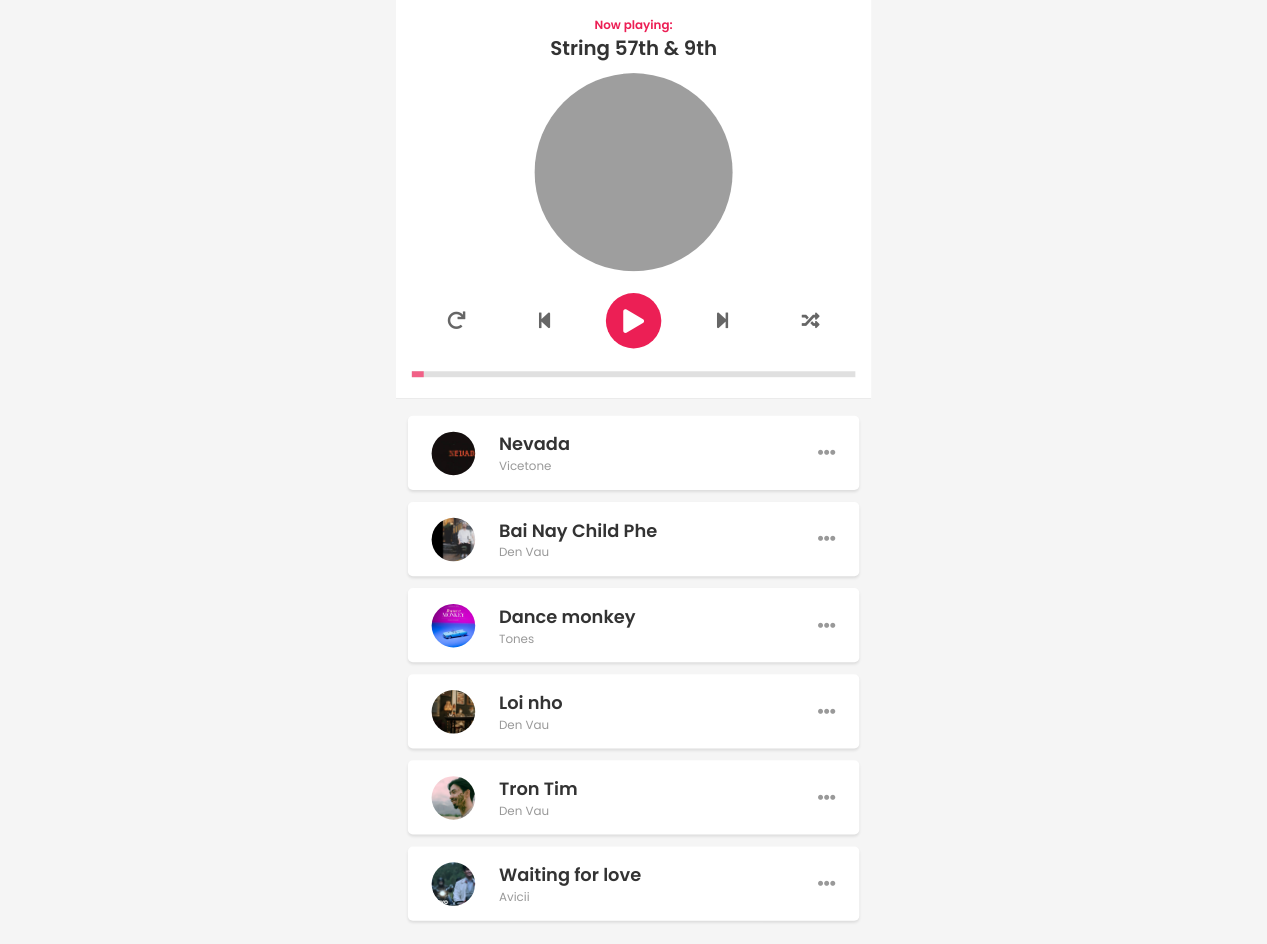
Repository: dovanthao2404/AppMusicPlayer
Page: index.html
The author's editor kept a copy of each file at every save. The page is drawn from the files as they stood at one save, then again after the next save.
The browser window is 1280 px wide. The pictures show the whole page, at 99% of full size.
Pictures or frames that could not be fetched are drawn as grey boxes.

Above is the page before, as saved 2021-06-28 13:31:18.

### index.html
<!DOCTYPE html>
<html lang="en">

<head>
  <meta charset="UTF-8">
  <meta http-equiv="X-UA-Compatible" content="IE=edge">
  <meta name="viewport" content="width=device-width, initial-scale=1.0">
  <title>Music player</title>
  <link rel="stylesheet" href="https://cdnjs.cloudflare.com/ajax/libs/font-awesome/5.15.2/css/all.min.css"
    integrity="sha512-HK5fgLBL+xu6dm/Ii3z4xhlSUyZgTT9tuc/hSrtw6uzJOvgRr2a9jyxxT1ely+B+xFAmJKVSTbpM/CuL7qxO8w=="
    crossorigin="anonymous" />
  <link rel="preconnect" href="https://fonts.gstatic.com">
  <link href="https://fonts.googleapis.com/css2?family=Poppins:wght@300;400;600&display=swap" rel="stylesheet">
  <link rel="stylesheet" href="./css/app.css">
</head>

<body>
  <div class="player">
    <!-- Dashboard -->
    <div class="dashboard">
      <!-- Header -->
      <header>
        <h4>Now playing:</h4>
        <h2>String 57th & 9th</h2>
      </header>

      <!-- CD -->
      <div class="cd">
        <div class="cd-thumb" style="background-image: url('https://i.ytimg.com/vi/jTLhQf5KJSc/maxresdefault.jpg')">
        </div>
      </div>

      <!-- Control -->
      <div class="control">
        <div class="btn btn-repeat">
          <i class="fas fa-redo"></i>
        </div>
        <div class="btn btn-prev">
          <i class="fas fa-step-backward"></i>
        </div>
        <div class="btn btn-toggle-play">
          <i class="fas fa-pause icon-pause"></i>
          <i class="fas fa-play icon-play"></i>
        </div>
        <div class="btn btn-next">
          <i class="fas fa-step-forward"></i>
        </div>
        <div class="btn btn-random">
          <i class="fas fa-random"></i>
        </div>
      </div>

      <input id="progress" class="progress" type="range" value="0" step="1" min="0" max="100">

      <audio id="audio" src=""></audio>
    </div>

    <!-- Playlist -->
    <div class="playlist">

    </div>
  </div>
  <script src="./js/app.js"></script>
</body>

</html>

### css/app.css
:root {
  --primary-color: #ec1f55;
  --text-color: #333;
}

* {
  padding: 0;
  margin: 0;
  box-sizing: inherit;
}

body {
  background-color: #f5f5f5;
}

html {
  box-sizing: border-box;
  font-family: "Poppins", sans-serif;
}

.player {
  position: relative;
  max-width: 480px;
  margin: 0 auto;
}

.player .icon-pause {
  display: none;
}

.player.playing .icon-pause {
  display: inline-block;
}

.player.playing .icon-play {
  display: none;
}

.dashboard {
  padding: 16px 16px 14px;
  background-color: #fff;
  position: fixed;
  top: 0;
  width: 100%;
  max-width: 480px;
  border-bottom: 1px solid #ebebeb;
}

/* HEADER */
header {
  text-align: center;
  margin-bottom: 10px;
}

header h4 {
  color: var(--primary-color);
  font-size: 12px;
}

header h2 {
  color: var(--text-color);
  font-size: 20px;
}

/* CD */
.cd {
  display: flex;
  margin: auto;
  width: 200px;
}

.cd-thumb {
  width: 100%;
  padding-top: 100%;
  border-radius: 50%;
  background-color: #333;
  background-size: cover;
  margin: auto;
}

/* CONTROL */
.control {
  display: flex;
  align-items: center;
  justify-content: space-around;
  padding: 18px 0 8px 0;
}

.control .btn {
  color: #666;
  padding: 18px;
  font-size: 18px;
}

.control .btn.active {
  color: var(--primary-color);
}

.control .btn-toggle-play {
  width: 56px;
  height: 56px;
  border-radius: 50%;
  font-size: 24px;
  color: #fff;
  display: flex;
  align-items: center;
  justify-content: center;
  background-color: var(--primary-color);
}

.progress {
  width: 100%;
  -webkit-appearance: none;
  height: 6px;
  background: #d3d3d3;
  outline: none;
  opacity: 0.7;
  -webkit-transition: 0.2s;
  transition: opacity 0.2s;
}

.progress::-webkit-slider-thumb {
  -webkit-appearance: none;
  appearance: none;
  width: 12px;
  height: 6px;
  background-color: var(--primary-color);
  cursor: pointer;
}

/* PLAYLIST */
.playlist {
  margin-top: 408px;
  padding: 12px;
}

.song {
  display: flex;
  align-items: center;
  margin-bottom: 12px;
  background-color: #fff;
  padding: 8px 16px;
  border-radius: 5px;
  box-shadow: 0 2px 3px rgba(0, 0, 0, 0.1);
}

.song.active {
  background-color: var(--primary-color);
}

.song:active {
  opacity: 0.8;
}

.song.active .option,
.song.active .author,
.song.active .title {
  color: #fff;
}

.song .thumb {
  width: 44px;
  height: 44px;
  border-radius: 50%;
  background-size: cover;
  margin: 0 8px;
}

.song .body {
  flex: 1;
  padding: 0 16px;
}

.song .title {
  font-size: 18px;
  color: var(--text-color);
}

.song .author {
  font-size: 12px;
  color: #999;
}

.song .option {
  padding: 16px 8px;
  color: #999;
  font-size: 18px;
}

### js/app.js
const $ = document.querySelector.bind(document);
const $$ = document.querySelectorAll.bind(document);

const playList = $(".playlist");

const app = {
  currentIndex: 0,
  songs: [
    {
      name: 'Nevada',
      singer: 'Vicetone',
      path: '../music/nevada.mp3',
      image: '../img/nevada.jpeg'
    }, {
      name: 'Bai Nay Child Phe',
      singer: 'Den Vau',
      path: '../music/child.mp3',
      image: '../img/bainaychildphet.jpg'
    }, {
      name: 'Dance monkey',
      singer: 'Tones',
      path: '../music/dancemokey.mp3',
      image: '../img/dancemonkey.jpg'
    }, {
      name: 'Loi nho',
      singer: 'Den Vau',
      path: '../music/loinho.mp3',
      image: '../img/loinho.jpg'
    }, {
      name: 'Tron Tim',
      singer: 'Den Vau',
      path: '../music/trontim.mp3',
      image: '../img/trontim.jpg'
    }, {
      name: 'Waiting for love',
      singer: 'Avicii',
      path: '../music/waitingforlove.mp3',
      image: '../img/waitingforlove.jpg'
    },

  ],
  render: function () {
    const htmls = this.songs.map(song => {
      return `<div class="song">
      <div class="thumb" style="background-image: url('${song.image}')">
      </div>
      <div class="body">
        <h3 class="title">${song.name}</h3>
        <p class="author">${song.singer}</p>
      </div>
      <div class="option">
        <i class="fas fa-ellipsis-h"></i>
      </div>
    </div>`
    })
    playList.innerHTML = htmls.join('');
  },
  defineProperties: function () {
    Object.defineProperty(this, 'currentSong', {
      get: function () {
        return this.songs[this.currentIndex];
      }
    })
  },
  handlEvents: function () {
    const cd = $('.cd');
    const cdWidth = cd.offsetWidth;
    document.onscroll = function () {
      const scrollTop = window.scrollY || document.documentElement.scrollTop;

      const newCdWidth = cdWidth - scrollTop;

      cd.style.width = newCdWidth > 0 ? newCdWidth + 'px' : 0 + 'px';

      cd.style.opacity = newCdWidth / cdWidth;
    }
  },
  loadCurrentSong: function () {
    const heading = $('header h2');
    const cdThumb = $(".cd-thumb");
    const audio = $("#audio")
    heading.texContent = this.loadCurrentSong.name;
    cdThumb.style.backgroundImage = `url('${this.loadCurrentSong.image}')`
  },
  start: function () {

    // Dinh nghia cac thuoc tinh cho object
    this.defineProperties()

    // Lang nghe xu ly su kien
    this.handlEvents()
    // Tai bai dau tien vao UI khi chay
    this.loadCurrentSong();
    // render playlist
    this.render()

  },
}
app.start();

After the next save:
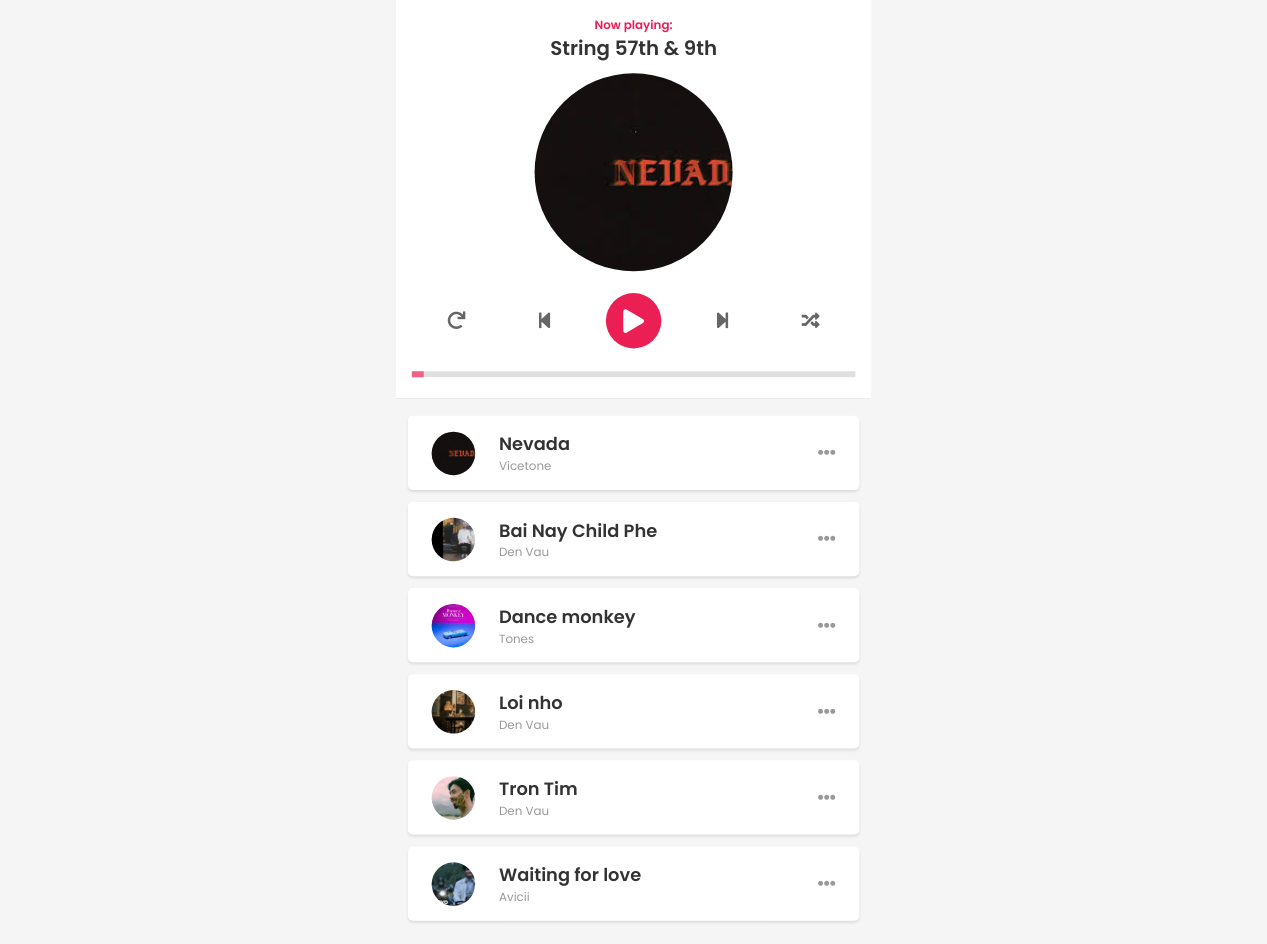
Saved 39 s later.
--- a/js/app.js
+++ b/js/app.js
@@ -79,8 +79,8 @@ const app = {
     const heading = $('header h2');
     const cdThumb = $(".cd-thumb");
     const audio = $("#audio")
-    heading.texContent = this.loadCurrentSong.name;
-    cdThumb.style.backgroundImage = `url('${this.loadCurrentSong.image}')`
+    heading.texContent = this.currentSong.name;
+    cdThumb.style.backgroundImage = `url('${this.currentSong.image}')`
   },
   start: function () {
 
